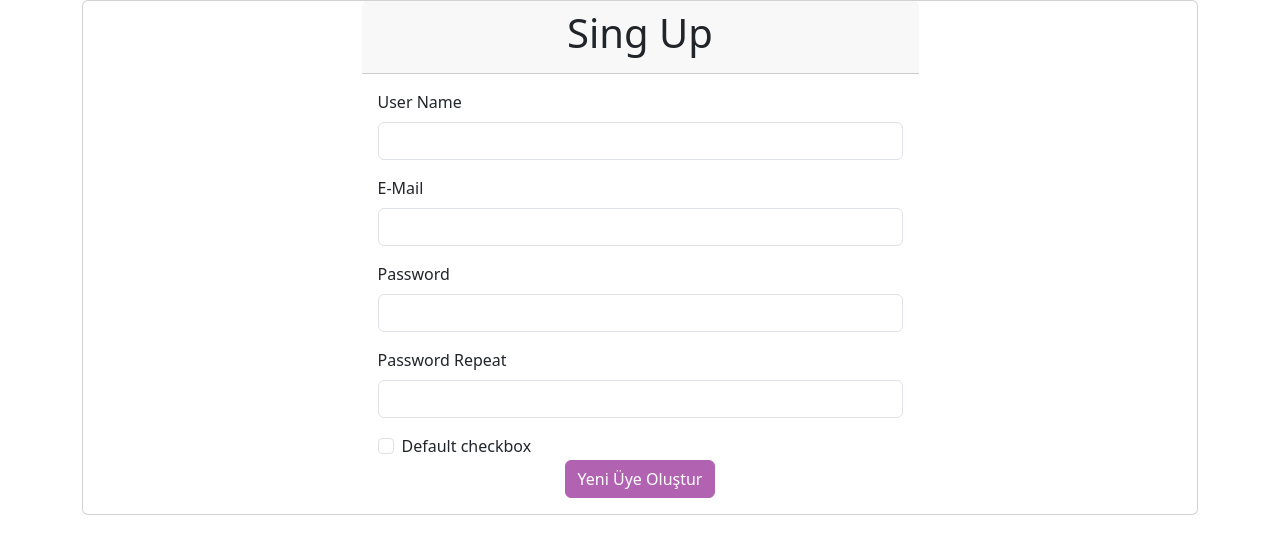
Repository: gursoyfahrettin20/startupProjectWeb
Page: /signup
An editor plug-in stored every save of this project. The page is shown before and after the next save, followed by the edit.
The browser window is 1280 px wide. The pictures show the whole page.
The project was rebuilt for these pictures with package versions that can differ from the ones it lists, and the page was loaded fresh each time. Also part of the build but not shown: vite.config.js.

Above is the page before, as saved 2024-01-17 01:28:40.

### index.html
<!doctype html>
<html lang="en">
  <head>
    <meta charset="UTF-8" />
    <link rel="icon" type="image/svg+xml" href="/vite.svg" />
    <meta name="viewport" content="width=device-width, initial-scale=1.0" />
    <title>Başlangıç Projesi</title>
  </head>
  <body>
    <div id="root"></div>
    <script type="module" src="/src/index.jsx"></script>
  </body>
</html>

### src/index.jsx
import * as React from 'react';
import { StrictMode } from 'react';
import { createRoot } from 'react-dom/client';
import SignUp from "./pages/SignUp"
import './index.scss'

const rootElement = document.getElementById('root');
const root = createRoot(rootElement);

root.render(
  <StrictMode>
    <SignUp/>
  </StrictMode>,
)

### src/pages/SignUp/index.jsx
import React, { useState, useEffect } from 'react';
import _ from 'lodash';
import { Spin } from 'antd';
import { LoadingOutlined } from '@ant-design/icons';
import { singUp } from "../../api/apiCalls.js";
import { FormItem } from "../../components/formItem/formItem.jsx";

function index() {
    const [username, setUsername] = useState();
    const [email, setEmail] = useState();
    const [password, setPassword] = useState();
    const [passwordRepeat, setPasswordRepeat] = useState();
    const [succesMessage, setSuccesMessage] = useState();
    const [submittable, setSubmittable] = useState(false);
    const [apiProgress, setApiProgress] = useState(false);
    const [errors, setErrors] = useState({});
    const [generalErrors, setGeneralErrors] = useState({});

    useEffect(() => {
        setErrors({})
    }, [username])

    const onSubmit = async (event) => {
        event.preventDefault();
        setSuccesMessage();
        setGeneralErrors();
        setApiProgress(true);
        const data = {
            username: username,
            email: email,
            password: password
        };
        try {
            const response = await singUp(data);
            setSuccesMessage(response.data?.message)
            setUsername();
            setPassword();
            setPasswordRepeat();
            setEmail();
        } catch (responseError) {
            if (responseError.response?.data && responseError.response?.data.status === 400) {
                setErrors(responseError.response?.data.validationErrors)
            }
            else {
                setGeneralErrors("Tahmin Edilemeyen Hatalarda gösterilecektir. / Unexpected error occured. Pleace try again.");
            }
        } finally {
            setApiProgress(false);
        }
    }

    // TODO: Sign Up butonu disabled durumlarına bakıyor.
    useEffect(() => {
        let _submittable = false;
        if (_.isUndefined(password) || _.isNull(password) || _.isEmpty(password)) {
            _submittable = false;
        } else if (password === passwordRepeat) {
            _submittable = true;
        }
        setSubmittable(_submittable);
    });


    return (
        <div className='container'>
            <form className='card' onSubmit={onSubmit}>
                <div className='col-lg-6 offset-lg-3 col-sm-8 offset-sm-2'>
                    <div className='text-center card-header'>
                        <h1>Sing Up</h1>
                    </div>
                    <div className='card-body'>
                        <FormItem
                            name="username"
                            label="User Name"
                            errors={errors.username}
                            onChange={(e) => setUsername(e.target.value)}
                        />
                        <FormItem
                            name="email"
                            label="E-Mail"
                            errors={errors.email}
                            onChange={(e) => setEmail(e.target.value)}
                        />
                        <FormItem
                            name="password"
                            label="Password"
                            errors={errors.password}
                            type="password"
                            onChange={(e) => setPassword(e.target.value)}
                        />
                        <FormItem
                            name="passwordRepeat"
                            label="Password Repeat"
                            errors={errors.passwordRepeat}
                            type="password"
                            onChange={(e) => setPasswordRepeat(e.target.value)}
                        />
                        <div class="form-check">
                            <input className="form-check-input" type="checkbox" value="" id="flexCheckDefault"/>
                                <label className="form-check-label" for="flexCheckDefault">
                                    Default checkbox
                                </label>
                        </div>
                        <div className='text-center'>
                            <button className='btn btn-primary' disabled={apiProgress ? apiProgress : !submittable}>
                                <Spin style={{ display: apiProgress ? "inline" : "none" }}
                                    indicator={<LoadingOutlined style={{ fontSize: 24, marginRight: 15 }} spin />} />
                                {apiProgress ? "Yeni Üye Oluşturuluyor..." : "Yeni Üye Oluştur"}
                            </button>
                        </div>
                    </div>
                </div>
            </form >
        </div >
    );
}
export default index;

### src/index.scss
$primary: #818;

@import "../node_modules/bootstrap/scss/bootstrap.scss";

### src/api/apiCalls.js
import axios from "axios";

export const changeLanguage = lang => {
    axios.defaults.headers['accept-language'] = lang;
}

export const getBaseUrl = () => {
     return import.meta.env.VITE_REACT_APP_REST_SERVICE_URL;
}

export const saveUser = body => {
    return axios.post(getBaseUrl() + '/users', body);
}

export const singUp = body => {
    return axios.post(getBaseUrl() + '/users', body);
}

export const login = data => {
    return axios.post(getBaseUrl() + '/auth', {}, {auth: data});
}

export const getUsers = (page, size) => {
    return axios.get(getBaseUrl() + `/users?currentPage=${page ? page : 0}&pageSize=${size ? size : 3}`);
}

export const setAuthorizationHeader = ({username, password, isLoggedIn}) => {
    if (isLoggedIn) {
        let authorizationHeaderValue = `Basic ${btoa(username + ':' + password)}`
        axios.defaults.headers['Authorization'] = authorizationHeaderValue;
    } else {
        delete axios.defaults.headers['Authorization'];
    }
}

export const getUser = (userName) => {
    return axios.get(getBaseUrl() + `/users/${userName}`);
}

export const updateUser = (userName, body) => {
    return axios.put(getBaseUrl() + `/users/${userName}`, body);
}

export const postHoax = hoax => {
    return axios.post(getBaseUrl() + "/hoaxes", hoax);
}

export const getHoaxes = (userName, page = 0) => {
    const path = userName ? `/users/${userName}/hoaxes?currentPage=` : "/hoaxes?currentPage="
    return axios.get(getBaseUrl() + path + page);
}

export const getOldHoaxes = (id, userName) => {
    const path = userName ? `/users/${userName}/hoaxes/${id}` : `/hoaxes/${id}`;
    return axios.get(getBaseUrl() + path);
}

### src/components/formItem/formItem.jsx
import React, { useState } from 'react';

export function FormItem({ name, label, onChange, errors, type }) {

    return (
        <div className='mb-3'>
            <label className='form-label' htmlFor={name}> {label} </label>
            <input id={name} className={errors ? 'form-control is-invalid' : 'form-control'} type={type ? type : "text"} onChange={onChange} />
            <div className='invalid-feedback'>{errors}</div>
        </div>
    );
}

export default FormItem;

After the next save:
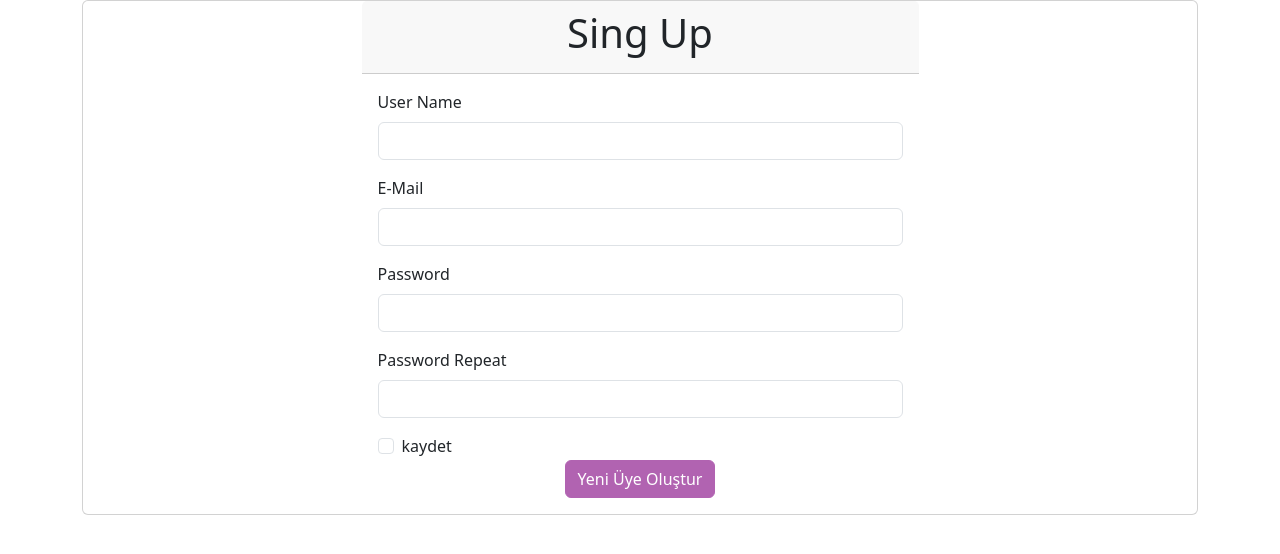
Saved 21 s later.
--- a/src/pages/SignUp/index.jsx
+++ b/src/pages/SignUp/index.jsx
@@ -98,7 +98,7 @@ function index() {
                         <div class="form-check">
                             <input className="form-check-input" type="checkbox" value="" id="flexCheckDefault"/>
                                 <label className="form-check-label" for="flexCheckDefault">
-                                    Default checkbox
+                                    kaydet
                                 </label>
                         </div>
                         <div className='text-center'>
